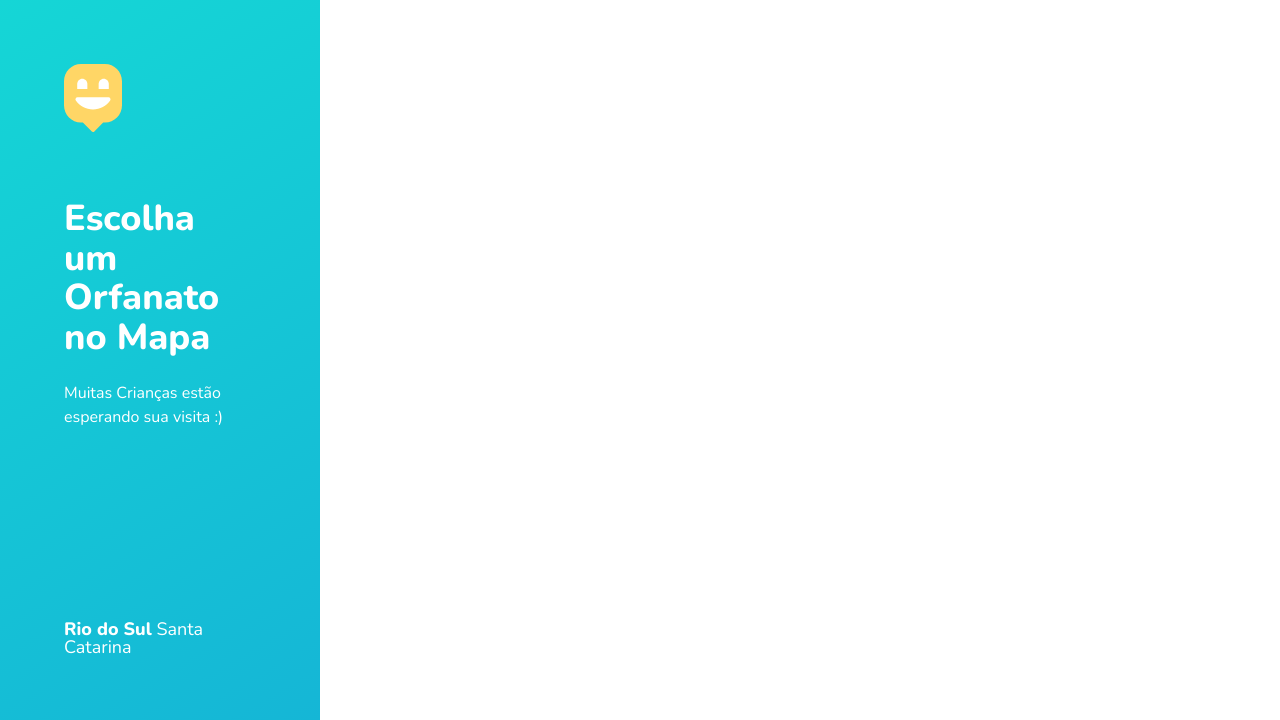
Repository: TeoNogueira/nlw3-rocketseatproject
Page: orphanages.html
An editor plug-in stored every save of this project. The page is shown before and after the next save, followed by the edit.
The browser window is 1280 px wide. The pictures show the whole page.

Above is the page before, as saved 2020-10-13 17:13:51.

### orphanages.html
<!DOCTYPE html>
<html lang="en">

<head>
  <meta charset="UTF-8" />
  <meta name="viewport" content="width=device-width, initial-scale=1.0" />
  <title>Localize um Orfanato | Happy</title>
  <link rel="icon" href="/images/logo-icon.png" />
  <link rel="stylesheet" href="/css/main.css" />
  <link rel="stylesheet" href="/css/animations.css" />
  <link rel="stylesheet" href="/css/page-orphanages.css" />
  <link href="https://fonts.googleapis.com/css2?family=Nunito:wght@400;600;800&display=swap" rel="stylesheet">

</head>

<body id="body">
  <div id="page-orphanages" class=""> <!--ORPHANAGES COMEÇO-->
    <aside>
      <header>

        <img src="/images/map-marker.svg" alt="Happy" class="">

        <h2> Escolha um Orfanato no Mapa</h2>

        <p> Muitas Crianças estão esperando sua visita :)


        </p>

      </header>


<footer>

  <strong>Rio do Sul</strong>
  <span>Santa Catarina</span>
</footer>


    </aside>

    <div id="mapid"></div>

<a href="create-orphanage" class="create-orphanage" title="cadastre um orfanato">
  <img src="/images/plus.svg" alt="Criar orfanato" class="">

</a>



  </div><!--ORPHANAGES FIM-->
</body>

</html>

<!-- Hello World Hypertext >> são textos que contém links


    markup = marcações de tags
    -->

### public/css/main.css
* {
  margin: 0;
  padding: 0;
  box-sizing: border-box;
}

:root {
  font-size: 62.5%;
}
/* através do "ROOTEM" ou "rem" posso criar um root de tamanhos de pixels pre-configurados por mim mesmo*/

body {
  height: 100vh;
  color: white;
}

body,
button,
input,
textarea {
  /*
    font-size: 1.1em;
    font-family: 'Nunito', sans-serif;
    line-height: 1;
    font-weight: 400;*/
  font: 400 1.8rem/1 "Nunito", sans-serif;
}

### public/css/animations.css
/* Animações  ----*/

@keyframes up {
  from {
    opacity: 0;
    transform: translateY(16px);
  }

  to {
    opacity: 1;
    transform: translateX(0);
  }
}

.animate-up {
  animation-name: up;
  animation-duration: 300ms;
  animation-fill-mode: backwards;
}

/* Animações FIM ----*/

### public/css/page-orphanages.css
#page-orphanages {

width: 100%;
height: 100%;
display: flex;




}


aside { width: clamp(24rem, 25vw, 44rem);
    padding: clamp(3rem, 5vw, 8rem);

background: linear-gradient(329.54deg, #15b6d6 0%, #15d6d6);

display: flex;
flex-direction: column;
justify-content: space-between;

}

aside h2 { margin-top: 6.4rem;
    font: 800  clamp(2rem, 5vw, 3.6rem)/1.1 'Nunito', sans-serif;



}


aside p { margin-top: 2.4rem;
font: 400 1.6rem/1.5 'Nunito', sans-serif;}

After the next save:
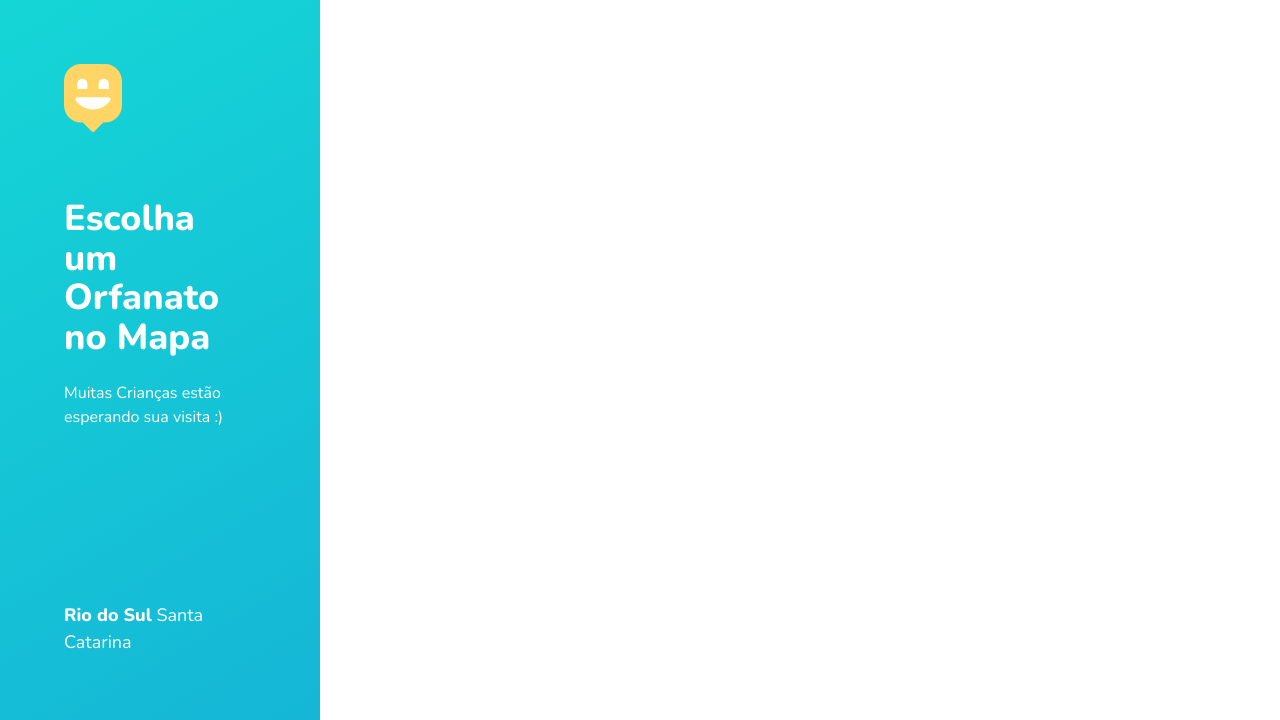
Saved 114 s later.
--- a/public/css/page-orphanages.css
+++ b/public/css/page-orphanages.css
@@ -30,4 +30,15 @@
 
 
 aside p { margin-top: 2.4rem;
-font: 400 1.6rem/1.5 'Nunito', sans-serif;}
+font: 400 1.6rem/1.5 'Nunito', sans-serif;
+
+}
+
+
+
+aside footer {
+
+line-height: 1.5
+
+
+}
